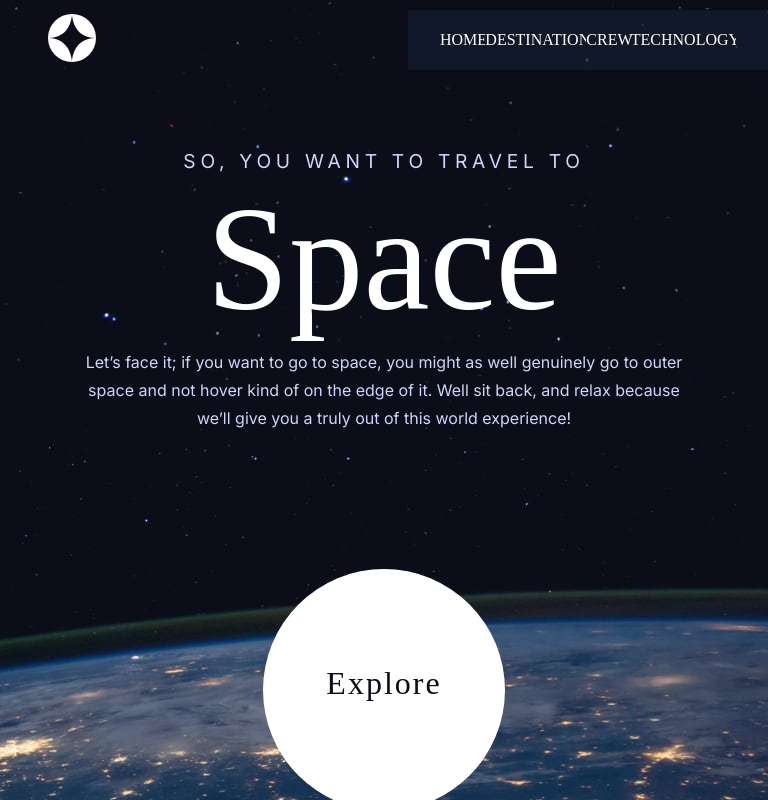
Repository: nilesjamex/space
Page: /
These files come from the project's save history. The page is drawn as it stood at one moment and after the next save; the edit follows.
The browser window is 768 px wide. The pictures show the whole page.
Some web fonts or font styles are not loaded; a fallback is used. Some web libraries are served in a nearby version. The project was rebuilt for these pictures with package versions that can differ from the ones it lists, and the page was loaded fresh each time. The framework's server and built-in components were replaced by stand-ins that run in the browser. Also part of the build but not shown: next.config.js.

Above is the page before, as saved 2022-01-08 04:17:39.

After the next save:
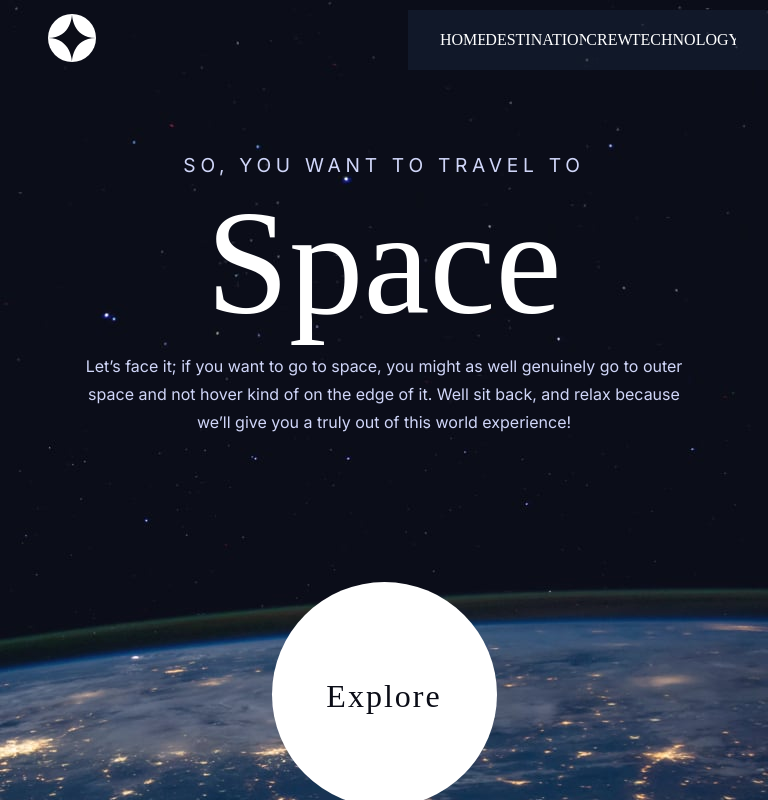
Saved 5 min 11 s later.
--- a/Components/home.module.css
+++ b/Components/home.module.css
@@ -97,3 +97,30 @@
         border-radius: 50%;
     }
 }
+
+@media screen and (max-width: 900px) {
+    .Home{
+        display: flex;
+        flex-direction: column;
+        }
+        .HomeText {
+            width: 80%;
+            text-align: center;
+        }
+    .HomeTextsub {
+        font-size: 1.2rem;
+        line-height: 24px;
+    }
+    .HomeTextsubs {
+        font-size: 1rem;
+        line-height: 28px;
+        text-align: center;
+        width: 100%;
+    }
+    .Explore {
+        height: 225px;
+        width: 225px;
+        background-color: #fff;
+        border-radius: 50%;
+    }
+}
